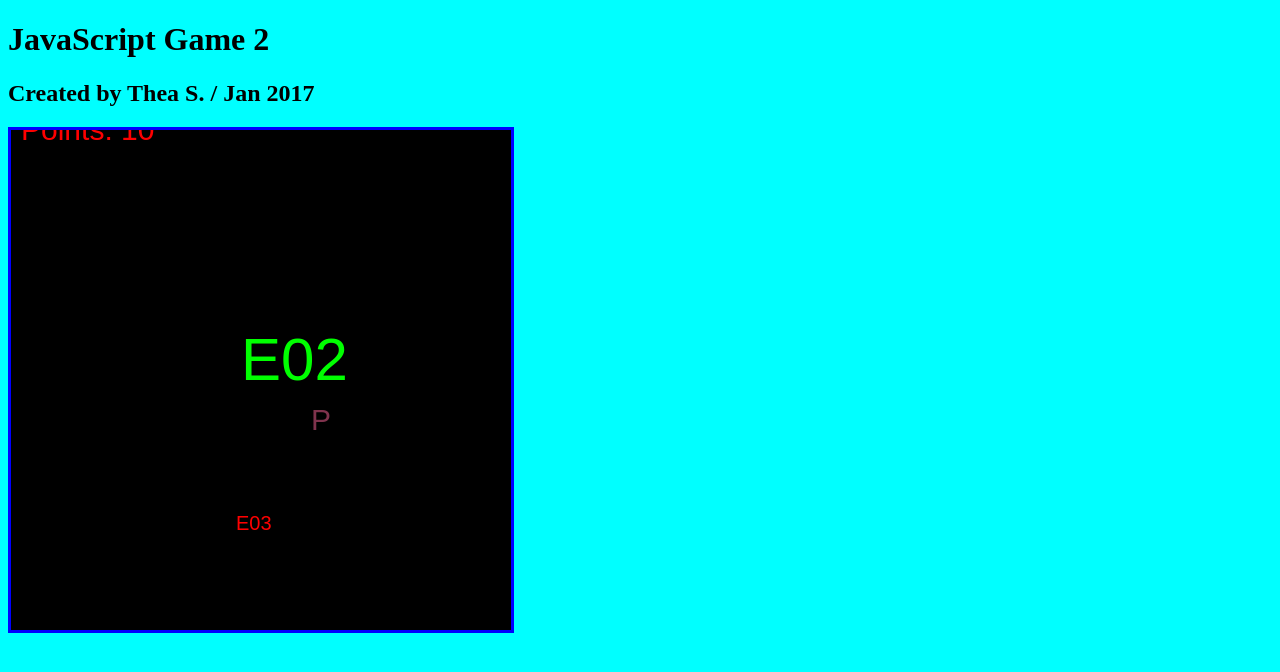
Repository: m-rabbit/b1_sukianto_code
Page: websites/JS_Game_02/index.html
An editor plug-in stored every save of this project. The page is shown before and after the next save, followed by the edit.
The browser window is 1280 px wide. The pictures show the whole page.

Above is the page before, as saved 2017-02-17 15:33:28.

After the next save:
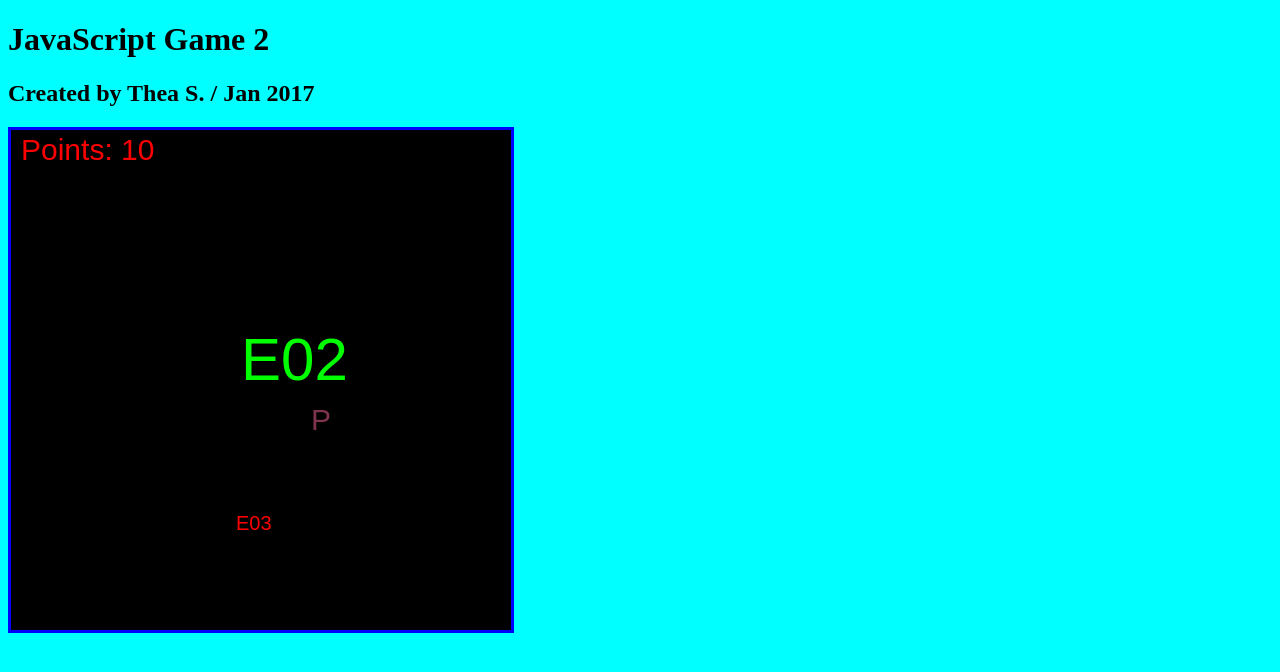
Saved 11 s later.
--- a/websites/JS_Game_02/js/gametwo.js
+++ b/websites/JS_Game_02/js/gametwo.js
@@ -123,7 +123,7 @@ update = function() {
 
 	ctx.font = "30px Arial";
 	ctx.fillStyle = "#FF0000";
-	ctx.fillText("Points: " + player.highPoints, 10, 10);
+	ctx.fillText("Points: " + player.highPoints, 10, 30);
 
 };
 // end of update()
